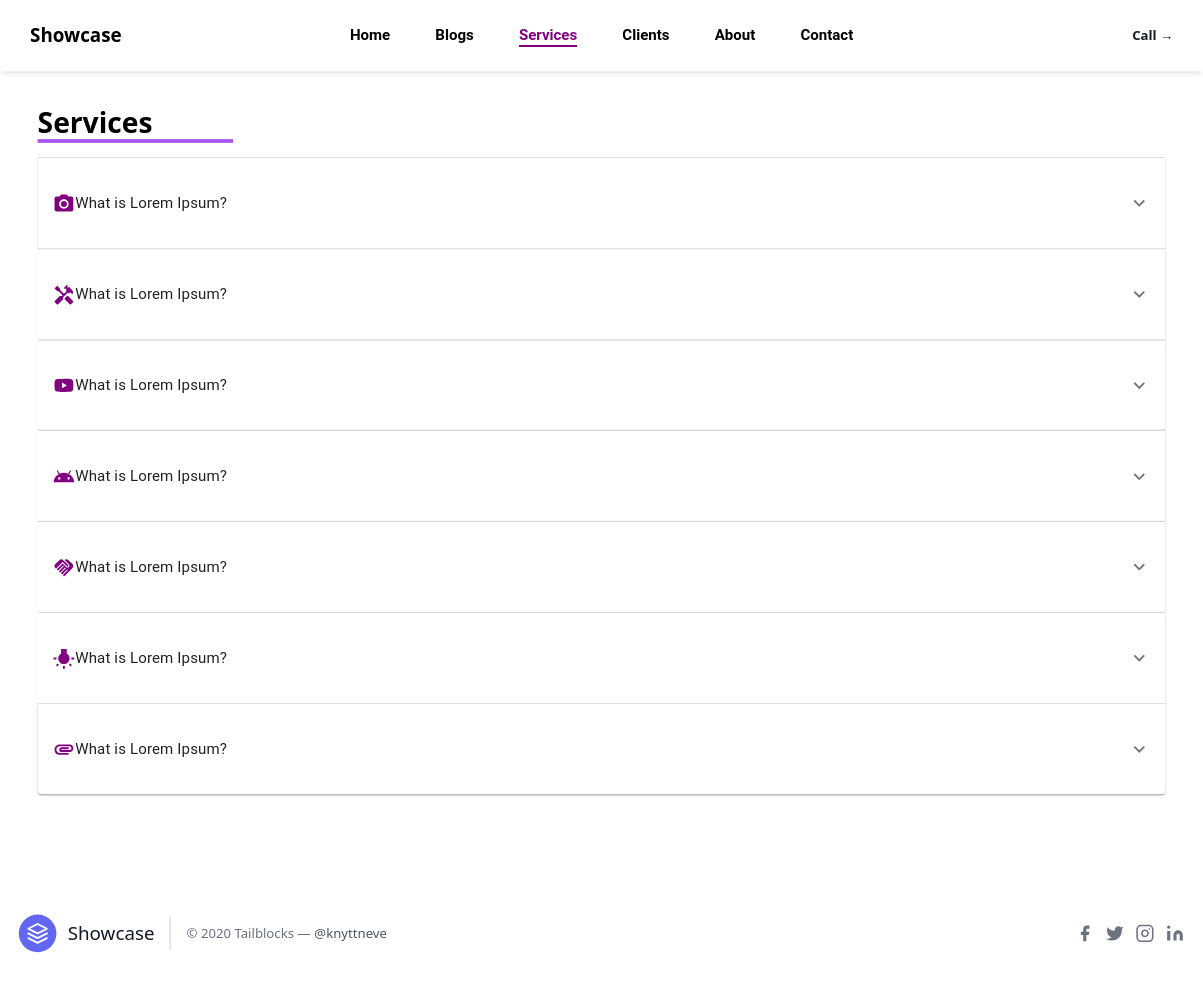
Repository: prashant523580/showcase
Page: /services
These files come from the project's save history. The page is drawn as it stood at one moment and after the next save; the edit follows.
The browser window is 1280 px wide. The pictures show the whole page, at 94% of full size.
The project was rebuilt for these pictures with package versions that can differ from the ones it lists, and the page was loaded fresh each time. The framework's server and built-in components were replaced by stand-ins that run in the browser. Also part of the build but not shown: next.config.js.

Above is the page before, as saved 2023-03-25 18:36:40.

After the next save:
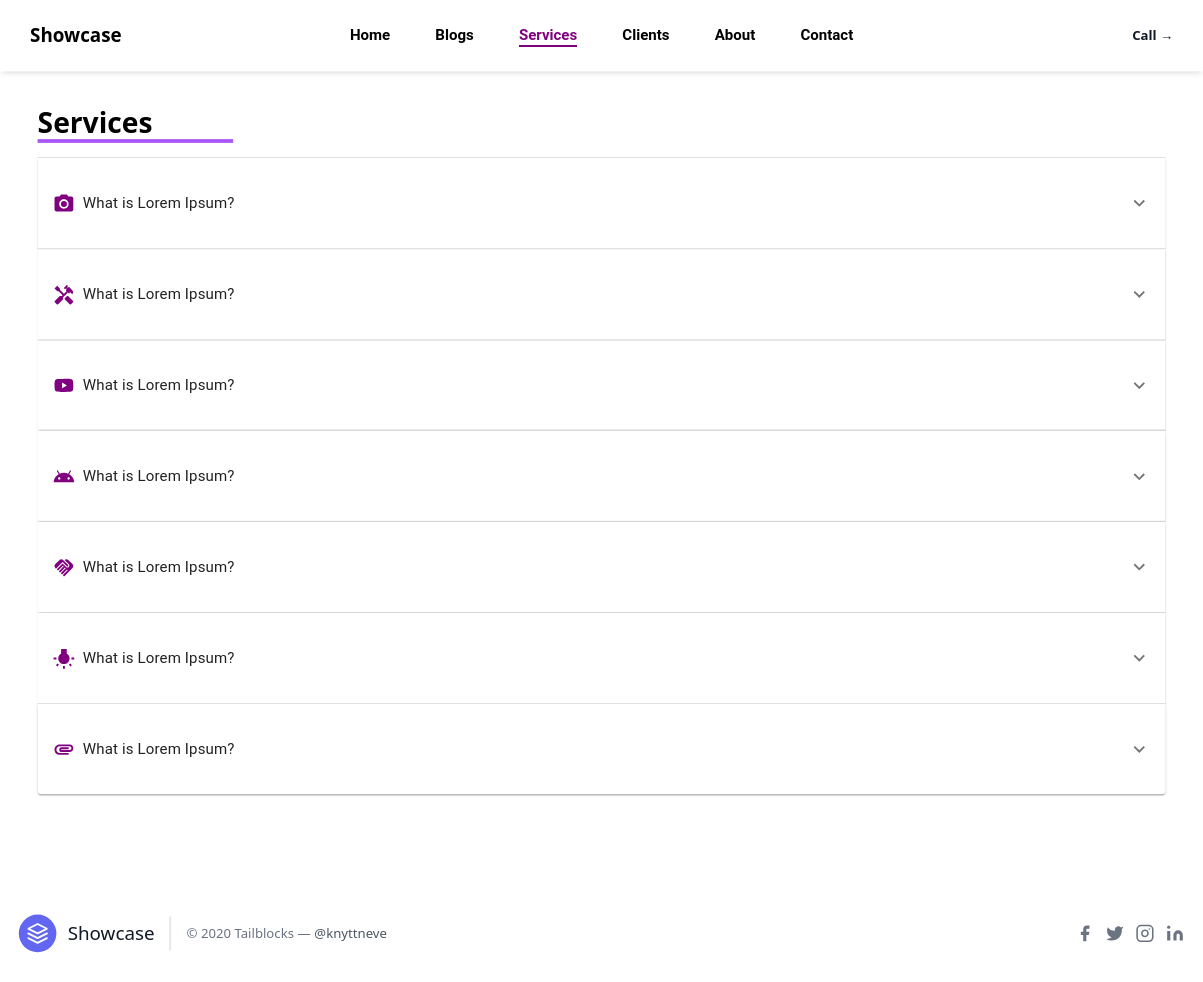
Saved 22 s later.
--- a/src/pages/services.tsx
+++ b/src/pages/services.tsx
@@ -87,7 +87,7 @@ export default function Sercices() {
                                     justifyContent:"center"
                                 }}
                             >
-                                <div className='flex items-center'>
+                                <div className='flex items-center space-x-2'>
 
                                 <Typography sx={{  color: 'purple' }}>
                                     {service.icon}
